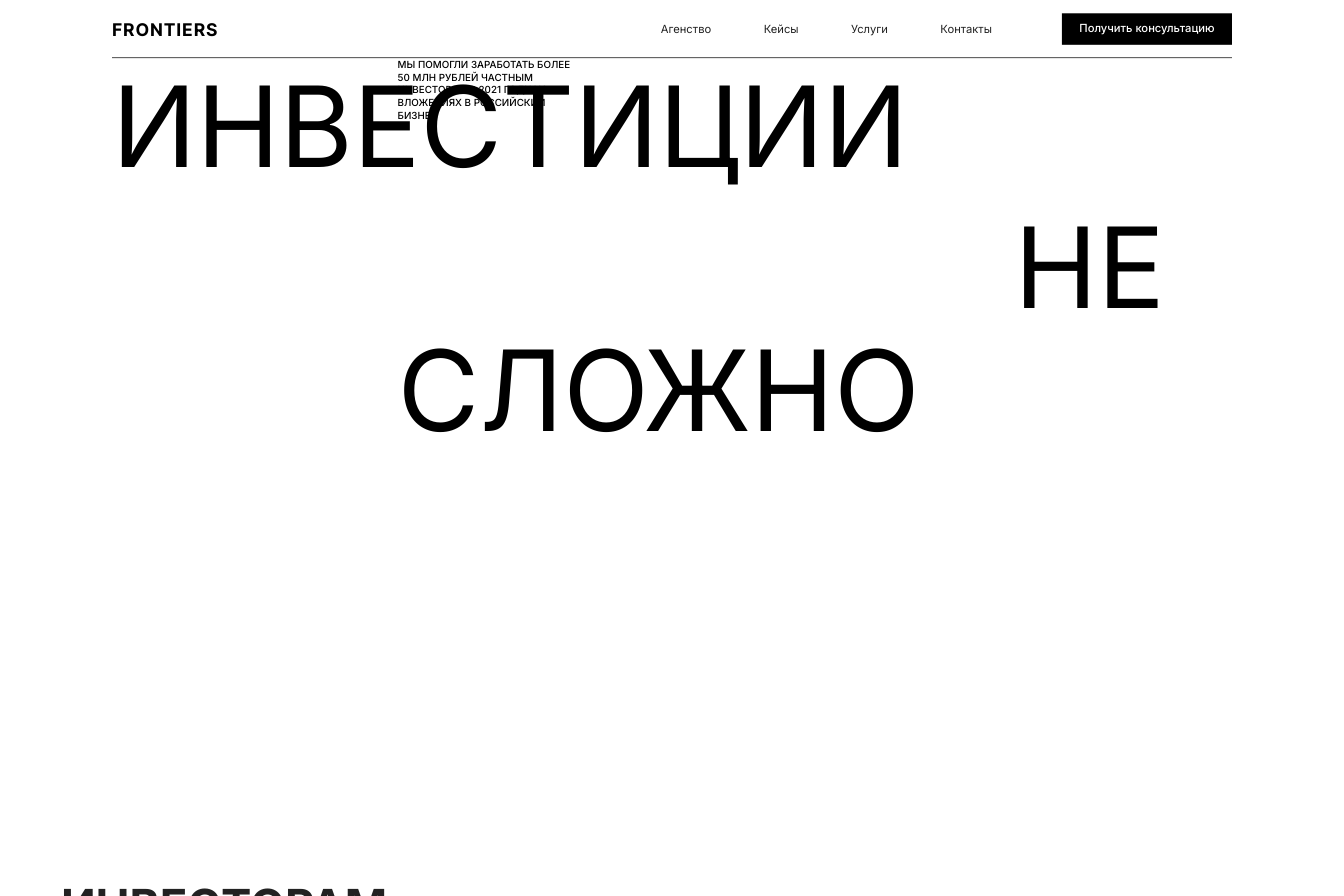
Repository: NadyaKorvin/frontiers
Page: /
An editor plug-in stored every save of this project. The page is shown before and after the next save, followed by the edit.
The browser window is 1280 px wide. The page is 1920 px wide, so the pictures cover 1920 px, including what lies to the right of the window. The pictures show the part of the page from y = 0 to 1280 px (the page is 1728 px tall), at 70% of full size.
The project was rebuilt for these pictures with package versions that can differ from the ones it lists, and the page was loaded fresh each time.

Above is the page before, as saved 2022-05-23 05:08:18.

### public/index.html
<!DOCTYPE html>
<html lang="en">
  <head>
    <meta charset="utf-8" />
    <link rel="icon" href="%PUBLIC_URL%/favicon.ico" />
    <meta name="viewport" content="width=device-width, initial-scale=1" />
    <meta name="theme-color" content="#000000" />
    <meta name="description" content="Web site created using create-react-app" />
    <link rel="apple-touch-icon" href="%PUBLIC_URL%/logo192.png" />
    <link rel="manifest" href="%PUBLIC_URL%/manifest.json" />
    <link rel="preconnect" href="https://fonts.googleapis.com" />
    <link rel="preconnect" href="https://fonts.gstatic.com" crossorigin />
    <link href="https://fonts.googleapis.com/css2?family=Inter:wght@300;400;500;700&display=swap" rel="stylesheet" />
    <title>FRONTIERS</title>
  </head>
  <body>
    <noscript>You need to enable JavaScript to run this app.</noscript>
    <div id="root"></div>
  </body>
</html>

### src/index.js
import React from "react"
import ReactDOM from "react-dom/client"

import App from "./App"

const root = ReactDOM.createRoot(document.getElementById("root"))
root.render(
  <React.StrictMode>
    <App />
  </React.StrictMode>
)

### src/App.js
import { useState } from "react";
import "./App.css";
import { SecondScreenAnimation } from "./components/secondScreen/SecondScreenAnimation";
import FirstScreenAnimation from "./components/firstScreen/FirstScreenAnimation";

function App() {
  const [mousePosition, setMousePosition] = useState("");

  const listenUpperMousePosition = (event) => {
    console.log(event);
    console.log(event.target);
    setMousePosition(event.target);
  };

  return (
    <>
      <FirstScreenAnimation />
      <div className="App">
        <SecondScreenAnimation listenMousePosition={listenUpperMousePosition} />
      </div>
    </>
  );
}
export default App;

### src/App.css
@import url("./reset.css");
@import url("./components/secondScreen/SecondScreen.css");
@import url("./font/font.css");

body {
  font-family: "Inter";
}

### src/components/secondScreen/SecondScreenAnimation.js
export function SecondScreenAnimation({ listenMousePosition, mousePosition }) {
  let goUp = ""
  const goUpBlackLines = (mousePosition) => {
    if (mousePosition === "animation__text_first_part") {
      goUp = "up"
      return goUp
    }
  }
  goUpBlackLines(mousePosition)
  console.log(goUp)
  return (
    <div className="animation__text_block">
      {goUp != "up" ? (
        <div>
          <div className="animation__text" onMouseOver={listenMousePosition}>
            <p className="animation__text_first_part">Инвесторам сложно найти хорошие проекты,</p>
            <p className="animation__text_second_part">а хорошим проектам — инвестиции.</p>
          </div>
          <div className="animation__black_lines">
            <div className="animation__1th_black_line"></div>
            <div className="animation__2th_black_line"></div>
            <div className="animation__3th_black_line"></div>
          </div>
        </div>
      ) : (
        <div>
          <div className="animation__text" onMouseOver={listenMousePosition}>
            <p className="animation__text_first_part" style={{ color: "#fff" }}>
              Инвесторам сложно найти хорошие проекты,
            </p>
            <p className="animation__text_second_part" style={{ color: "#000" }}>
              а хорошим проектам — инвестиции.
            </p>
          </div>
          <div className="animation__black_lines">
            <div className="animation__1th_black_line" style={{ width: "484px", marginTop: "-475px" }}></div>
            <div className="animation__2th_black_line" style={{ width: "586px" }}></div>
            <div className="animation__3th_black_line" style={{ width: "722px" }}></div>
          </div>
        </div>
      )}
    </div>
  )
}

### src/components/firstScreen/FirstScreenAnimation.js
import React from "react";
import style from "./FirstScreen.module.css";

export default function FirstScreenAnimation() {
  return (
    <>
      <section className={style.first__screen}>
        <div className={style.header}>
          <div className={style.logotype}>FRONTIERS</div>
          <nav className={style.nav__sidebar}>
            <ul>Агенство</ul>
            <ul>Кейсы</ul>
            <ul>Услуги</ul>
            <ul>Контакты</ul>
          </nav>
          <div className={style.button}>
            <p className={style.text__btn}>Получить консультацию</p>
          </div>
        </div>
        <div className={style.content}>
          <p>ИНВЕСТИЦИИ</p>
          <p>НЕ</p>
          <p>СЛОЖНО</p>
          <p>Мы помогли заработать более 50 млн рублей частным инвесторам в 2021 году на вложениях в российский бизнес</p>
        </div>
      </section>
    </>
  );
}

### src/reset.css
html,
body,
div,
span,
applet,
object,
iframe,
h1,
h2,
h3,
h4,
h5,
h6,
p,
blockquote,
pre,
a,
abbr,
acronym,
address,
big,
cite,
code,
del,
dfn,
em,
img,
ins,
kbd,
q,
s,
samp,
small,
strike,
strong,
sub,
sup,
tt,
var,
b,
u,
i,
center,
dl,
dt,
dd,
ol,
ul,
li,
fieldset,
form,
label,
legend,
table,
caption,
tbody,
tfoot,
thead,
tr,
th,
td,
article,
aside,
canvas,
details,
embed,
figure,
figcaption,
footer,
header,
hgroup,
menu,
nav,
output,
ruby,
section,
summary,
time,
mark,
audio,
video {
  margin: 0;
  padding: 0;
  border: 0;
  font-size: 100%;
  font: inherit;
  vertical-align: baseline;
}

:focus {
  outline: 0;
}

article,
aside,
details,
figcaption,
figure,
footer,
header,
hgroup,
menu,
nav,
section {
  display: block;
}

body {
  line-height: 1;
}

ol,
ul {
  list-style: none;
}

blockquote,
q {
  quotes: none;
}

blockquote:before,
blockquote:after,
q:before,
q:after {
  content: "";
  content: none;
}

table {
  border-collapse: collapse;
  border-spacing: 0;
}

input[type="search"]::-webkit-search-cancel-button,
input[type="search"]::-webkit-search-decoration,
input[type="search"]::-webkit-search-results-button,
input[type="search"]::-webkit-search-results-decoration {
  -webkit-appearance: none;
  -moz-appearance: none;
}

input[type="search"] {
  -webkit-appearance: none;
  -moz-appearance: none;
  -webkit-box-sizing: content-box;
  -moz-box-sizing: content-box;
  box-sizing: content-box;
}

textarea {
  overflow: auto;
  vertical-align: top;
  resize: vertical;
}

[hidden] {
  display: none;
}

html {
  font-size: 100%; /* 1 */
  -webkit-text-size-adjust: 100%; /* 2 */
  -ms-text-size-adjust: 100%; /* 2 */
}

a:focus {
  outline: thin dotted;
}

a:active,
a:hover {
  outline: 0;
}

img {
  border: 0;
  -ms-interpolation-mode: bicubic;
}

figure {
  margin: 0;
}

form {
  margin: 0;
}

fieldset {
  border: 1px solid #c0c0c0;
  margin: 0 2px;
  padding: 0.35em 0.625em 0.75em;
}

legend {
  border: 0; /* 1 */
  padding: 0;
  white-space: normal; /* 2 */
  *margin-left: -7px; /* 3 */
}

button,
input,
select,
textarea {
  font-size: 100%; /* 1 */
  margin: 0; /* 2 */
  vertical-align: baseline; /* 3 */
  *vertical-align: middle; /* 3 */
}

button,
input {
  line-height: normal;
}

button,
select {
  text-transform: none;
}

button,
html input[type="button"], /* 1 */
input[type="reset"],
input[type="submit"] {
  -webkit-appearance: button; /* 2 */
  cursor: pointer; /* 3 */
  *overflow: visible; /* 4 */
}

button[disabled],
html input[disabled] {
  cursor: default;
}

input[type="checkbox"],
input[type="radio"] {
  box-sizing: border-box; /* 1 */
  padding: 0; /* 2 */
  *height: 13px; /* 3 */
  *width: 13px; /* 3 */
}

input[type="search"] {
  -webkit-appearance: textfield; /* 1 */
  -moz-box-sizing: content-box;
  -webkit-box-sizing: content-box; /* 2 */
  box-sizing: content-box;
}

input[type="search"]::-webkit-search-cancel-button,
input[type="search"]::-webkit-search-decoration {
  -webkit-appearance: none;
}

button::-moz-focus-inner,
input::-moz-focus-inner {
  border: 0;
  padding: 0;
}

textarea {
  overflow: auto; /* 1 */
  vertical-align: top; /* 2 */
}

table {
  border-collapse: collapse;
  border-spacing: 0;
}

html,
button,
input,
select,
textarea {
  color: #222;
}

::-moz-selection {
  background: #b3d4fc;
  text-shadow: none;
}

::selection {
  background: #b3d4fc;
  text-shadow: none;
}

img {
  vertical-align: middle;
}

fieldset {
  border: 0;
  margin: 0;
  padding: 0;
}

textarea {
  resize: vertical;
}

.chromeframe {
  margin: 0.2em 0;
  background: #ccc;
  color: #000;
  padding: 0.2em 0;
}

### src/components/secondScreen/SecondScreen.css
.second__screen {
  display: flex;
}

.animation__text_block {
  margin-top: 174px;
  margin-left: 87px;
  width: 770px;
}

.animation__text_first_part,
.animation__text_second_part {
  text-transform: uppercase;
  font-size: 65px;
  font-weight: 700;
  line-height: 79px;
  transition: 0.5s ease-out;
}

.animation__text_second_part {
  color: #fff;
}

.animation__black_lines {
  margin-left: -10px;
  margin-top: -236px;
}

.animation__1th_black_line {
  margin-bottom: 5px;
  height: 75px;
  width: 444px;
  background-color: #000;
  transition: 0.5s ease-out;
}

.animation__2th_black_line {
  margin-bottom: 5px;
  height: 75px;
  width: 475px;
  background-color: #000;
  transition: 0.5s ease-out;
}
.animation__3th_black_line {
  height: 75px;
  width: 502px;
  background-color: #000;
  transition: 0.5s ease-out;
}

### src/font/font.css
@font-face {
  font-family: "Inter";
  src:
    url("./Inter-Bold.ttf") format("truetype")
    url("./Inter-Bold.woff2") format("woff2"),
    url("./Inter-Bold.woff") format("woff");
  font-weight: 700;
  font-style: normal;
  font-stretch: normal;
  unicode-range: U+0020-E0D0;
}

@font-face {
  font-family: "Inter";
  src:
    url("./Inter-Regular.woff2") format("woff2"),
    url("./Inter-Regular.ttf") format("truetype")
    url("./Inter-Regular.woff") format("woff");
  font-weight: 400;
  font-style: normal;
  font-stretch: normal;
  unicode-range: U+0020-E0D0;
}

@font-face {
    font-family:'Inter Medium';
    src:
        url("./Inter-Medium.ttf") format("truetype")
        url('Inter-Medium.woff2') format('woff2'),
		url('Inter-Medium.woff') format('woff');
    font-weight: 500;
    font-style: normal;
    font-stretch: normal;
    unicode-range: U+0020-E0D0;
}

@font-face {
    font-family:'Inter Light';
    src:
        url("./Inter-Light.ttf") format("truetype")
        url('Inter-Light.woff2') format('woff2'),
		url('Inter-Light.woff') format('woff');
    font-weight: 300;
    font-style: normal;
    font-stretch: normal;
    unicode-range: U+0020-E0D0;
}

### src/components/firstScreen/FirstScreen.module.css
.first__screen {
  width: 1920px;
  height: 1080px;
}

.header {
  width: 1600px;
  height: 82px;
  margin: 0 160px;
  border-bottom: 1px solid #000000;
  display: flex;
}

.logotype {
  width: 151px;
  height: 30px;
  padding-top: 27px;
  font-family: "Inter";
  font-style: normal;
  font-weight: 700;
  font-size: 25px;
  line-height: 30px;
  letter-spacing: 0.05em;
  color: #000000;
}

.nav__sidebar {
  display: flex;
  justify-content: space-between;
  width: 473px;
  padding-top: 33px;
  padding-left: 633px;
}

.button {
  position: absolute;
  width: 243px;
  height: 45px;
  left: 1517px;
  top: 19px;
  background: #000000;
}

.text__btn {
  padding-top: 12px;
  padding-bottom: 12px;
  font-family: "Inter";
  font-style: normal;
  font-weight: 500;
  font-size: 16px;
  line-height: 19px;
  text-align: center;
  color: #ffffff;
}

.content > p {
  position: absolute;
  font-family: "Inter";
  font-style: normal;
  font-weight: 400;
  font-size: 160px;
  line-height: 194px;
  text-transform: uppercase;
  color: #000000;
}

p:nth-child(1) {
  top: 83px;
  left: 160px;
}

p:nth-child(2) {
  top: 285px;
  left: 1449px;
}

p:nth-child(3) {
  top: 461px;
  left: 568px;
}

p:nth-child(4) {
    width: 265px;
    heig
  top: 461px;
  left: 568px;
  font-family: "Inter";
  font-style: normal;
  font-weight: 500;
  font-size: 14px;
  line-height: 130%;
  text-transform: uppercase;
  color: #000000;
}

After the next save:
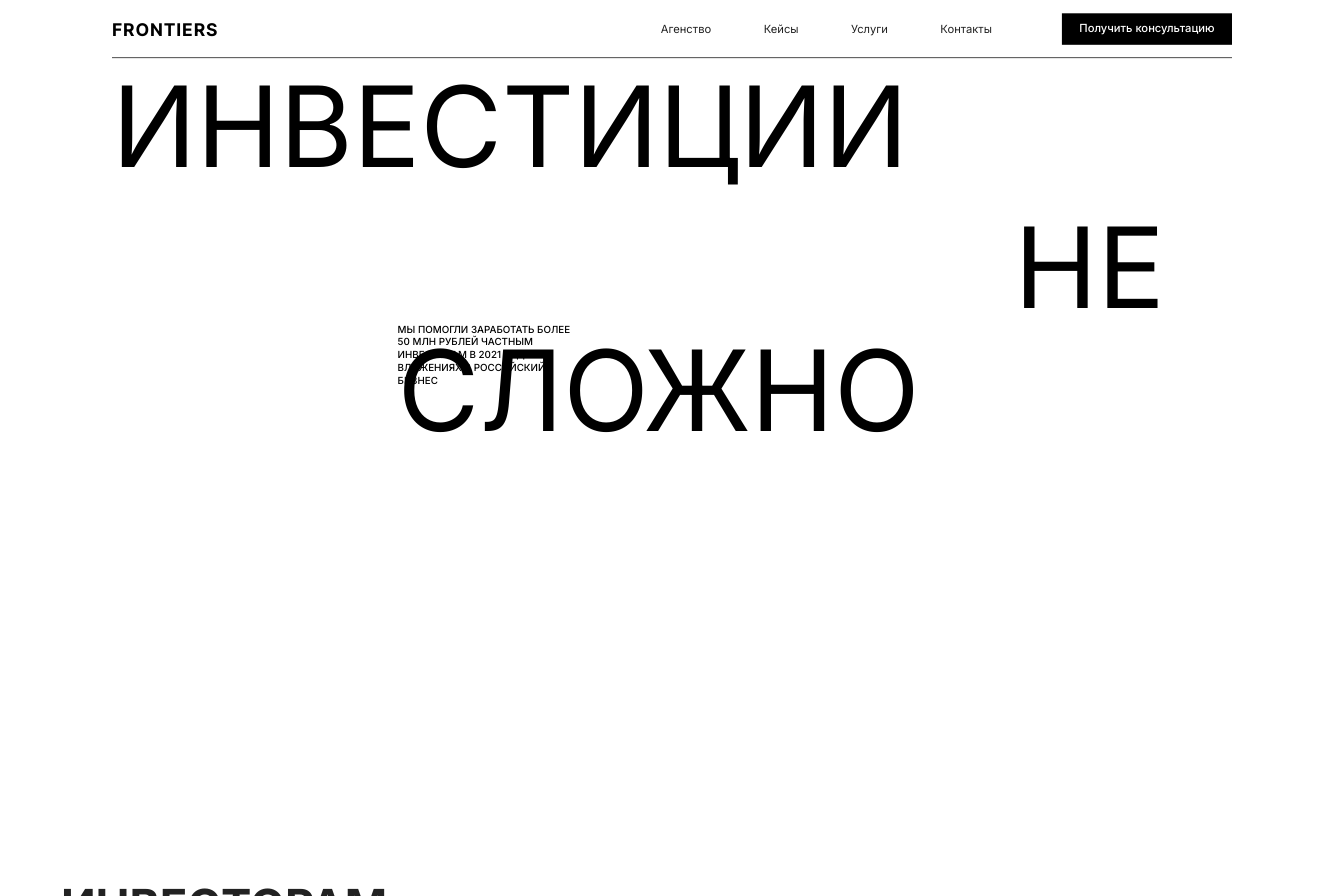
Saved 7 s later.
--- a/src/components/firstScreen/FirstScreen.module.css
+++ b/src/components/firstScreen/FirstScreen.module.css
@@ -81,7 +81,7 @@
 
 p:nth-child(4) {
     width: 265px;
-    heig
+    height: ;
   top: 461px;
   left: 568px;
   font-family: "Inter";

After the 3 saves that followed:
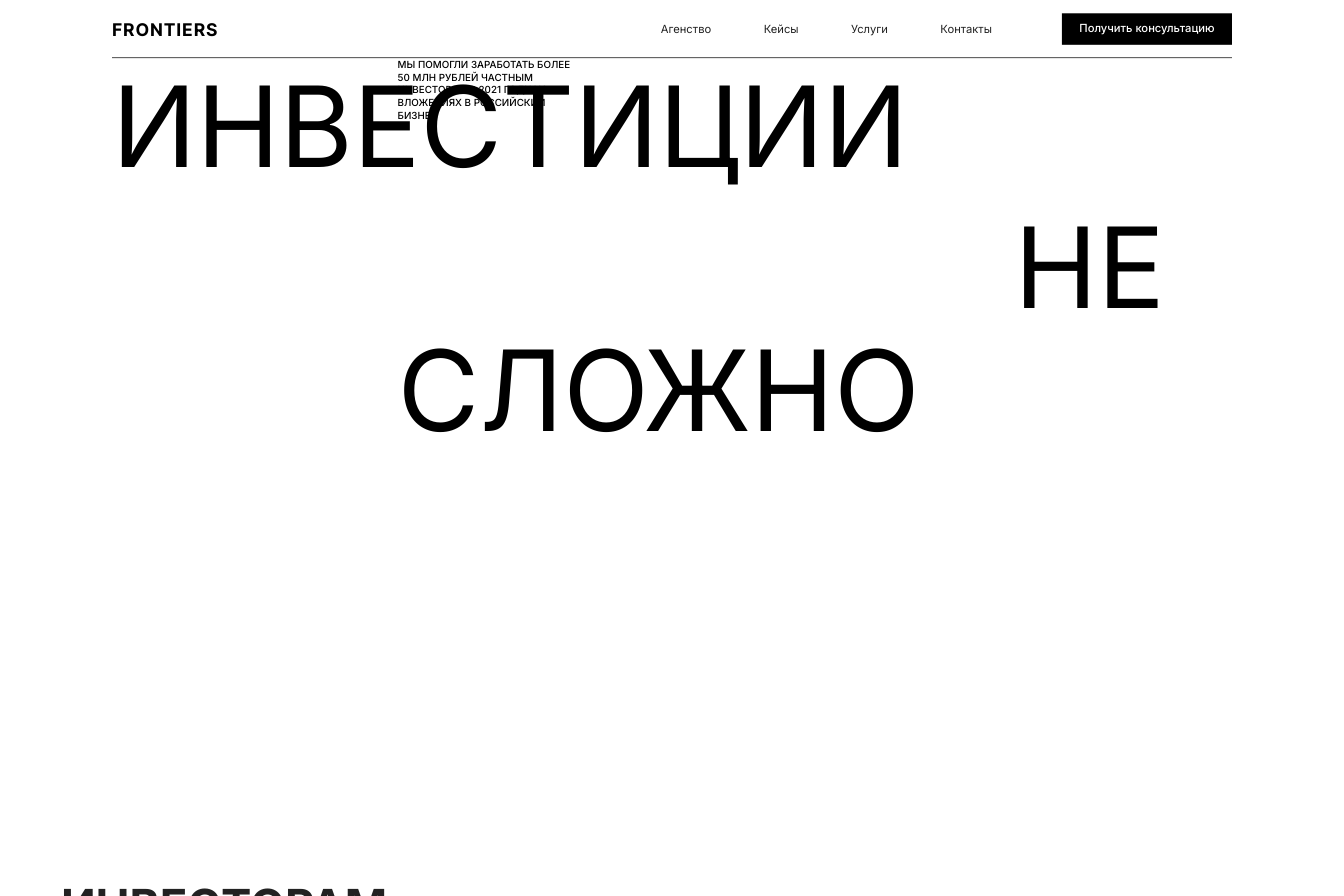
The 3 saves are shown as one change because 2 left the picture as it was.
The last was saved 4 min 41 s later.
--- a/src/components/firstScreen/FirstScreen.module.css
+++ b/src/components/firstScreen/FirstScreen.module.css
@@ -80,9 +80,9 @@
 }
 
 p:nth-child(4) {
-    width: 265px;
-    height: ;
-  top: 461px;
+  width: 265px;
+  height: 90px;
+  top: 83px;
   left: 568px;
   font-family: "Inter";
   font-style: normal;
